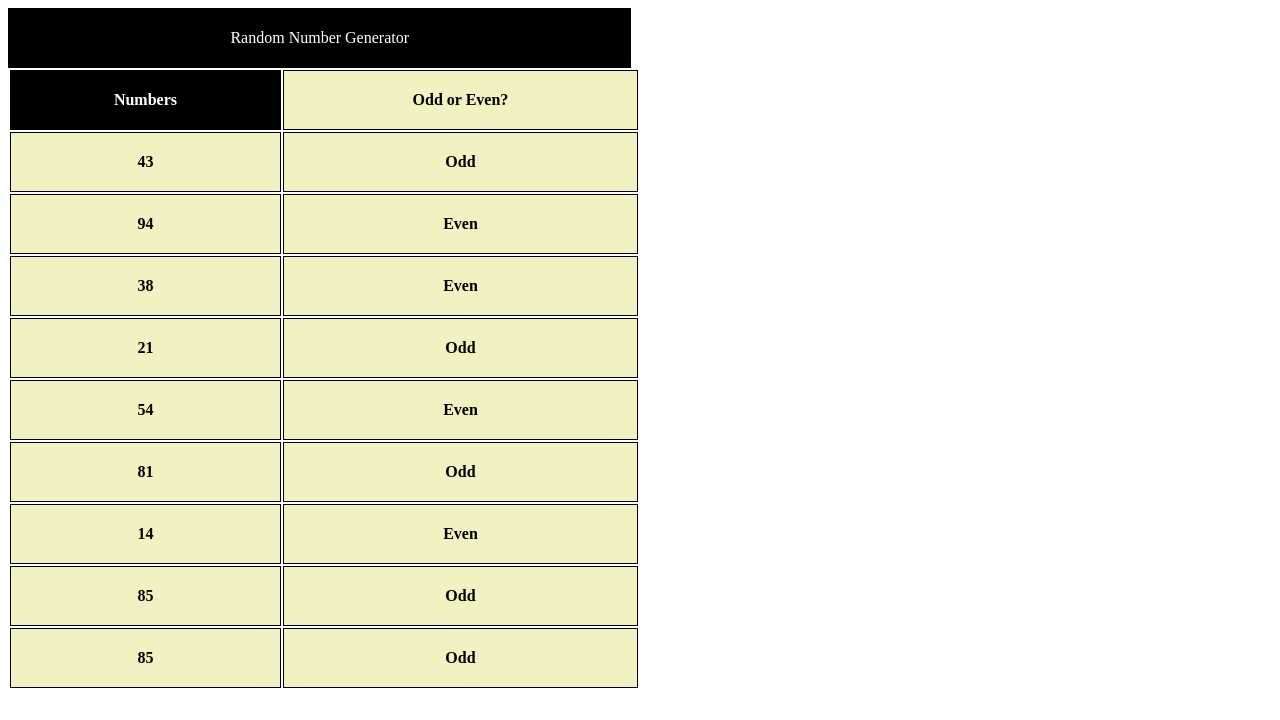
Repository: TheRealCisco/f2017CST336
Page: http://localhost/Challenge/rand.php
The author's editor kept a record of every edit. The page is drawn from the files as they stood at one moment, then again after the next edit.
The browser window is 1280 px wide. The pictures show the whole page.
The page is run by PHP 8.4 with error messages shown; the project is at /var/www/html/.

Above is the page before.

### Challenge/rand.php
<html>
    <head>
        <style>
            th{
                text-align: center;
                padding: 20px;
                border: 1px solid black;
                background-color: #f1f1c1;
            }
            header{
                text-align:center;
                padding:20px;
                border: 1px solid black;
                background-color: black;
                color:white;
            }
            #top{
                text-align:center;
                padding:20px;
                border: 1px solid black;
                background-color: black;
                color:white;
            }
        </style>
    </head>
    <header style="width:46%">
        Random Number Generator
    </header>
<body>
<table style="width:50%">
    <tr >
        <th id="top">
            Numbers
        </th>
        <th>
            Odd or Even?
        </th>

    </tr>
<tr>
    <th>
        <?php
        $digits_needed=9;
        $random_number='';
        $count=0;

        while ( $count < $digits_needed ) {
            $random_digit = mt_rand(0, 100);
            $random_number .= $random_digit;
            $count++;
        }
        echo $random_digit;

    ?>
<th>
    <?php
            if ($random_digit % 2 == 0) {
            print " Even";
        }
        else
            print " Odd"
        ?>
</th>
</th>
    </tr>
<tr>
    <th>
        <?php
        $digits_needed=9;
        $random_number='';
        $count=0;

        while ( $count < $digits_needed ) {
            $random_digit = mt_rand(0, 100);
            $random_number .= $random_digit;
            $count++;
        }
        echo $random_digit;

    ?>
<th>
    <?php
            if ($random_digit % 2 == 0) {
            print " Even";
        }
        else
            print " Odd"
        ?>
</th>
</th>
    </tr>
<tr>
    <th>
        <?php
        $digits_needed=9;
        $random_number='';
        $count=0;

        while ( $count < $digits_needed ) {
            $random_digit = mt_rand(0, 100);
            $random_number .= $random_digit;
            $count++;
        }
        echo $random_digit;

    ?>
<th>
    <?php
            if ($random_digit % 2 == 0) {
            print " Even";
        }
        else
            print " Odd"
        ?>
</th>
</th>
    </tr>
<tr>
    <th>
        <?php
        $digits_needed=9;
        $random_number='';
        $count=0;

        while ( $count < $digits_needed ) {
            $random_digit = mt_rand(0, 100);
            $random_number .= $random_digit;
            $count++;
        }
        echo $random_digit;

    ?>
<th>
    <?php
            if ($random_digit % 2 == 0) {
            print " Even";
        }
        else
            print " Odd"
        ?>
</th>
</th>
    </tr>
<tr>
    <th>
        <?php
        $digits_needed=9;
        $random_number='';
        $count=0;

        while ( $count < $digits_needed ) {
            $random_digit = mt_rand(0, 100);
            $random_number .= $random_digit;
            $count++;
        }
        echo $random_digit;

    ?>
<th>
    <?php
            if ($random_digit % 2 == 0) {
            print " Even";
        }
        else
            print " Odd"
        ?>
</th>
</th>
    </tr>
<tr>
    <th>
        <?php
        $digits_needed=9;
        $random_number='';
        $count=0;

        while ( $count < $digits_needed ) {
            $random_digit = mt_rand(0, 100);
            $random_number .= $random_digit;
            $count++;
        }
        echo $random_digit;

    ?>
<th>
    <?php
            if ($random_digit % 2 == 0) {
            print " Even";
        }
        else
            print " Odd"
        ?>
</th>
</th>
    </tr>
<tr>
    <th>
        <?php
        $digits_needed=9;
        $random_number='';
        $count=0;

        while ( $count < $digits_needed ) {
            $random_digit = mt_rand(0, 100);
            $random_number .= $random_digit;
            $count++;
        }
        echo $random_digit;

    ?>
<th>
    <?php
            if ($random_digit % 2 == 0) {
            print " Even";
        }
        else
            print " Odd"
        ?>
</th>
</th>
    </tr>
<tr>
    <th>
        <?php
        $digits_needed=9;
        $random_number='';
        $count=0;

        while ( $count < $digits_needed ) {
            $random_digit = mt_rand(0, 100);
            $random_number .= $random_digit;
            $count++;
        }
        echo $random_digit;

    ?>
<th>
    <?php
            if ($random_digit % 2 == 0) {
            print " Even";
        }
        else
            print " Odd"
        ?>
</th>
</th>
    </tr>
<tr>
    <th>
        <?php
        $digits_needed=9;
        $random_number='';
        $count=0;

        while ( $count < $digits_needed ) {
            $random_digit = mt_rand(0, 100);
            $random_number .= $random_digit;
            $count++;
        }
        echo $random_digit;

    ?>
<th>
    <?php
            if ($random_digit % 2 == 0) {
            print " Even";
        }
        else
            print " Odd"
        ?>
</th>
</th>
    </tr>

</table>
</body>


</html>

After the next edit:
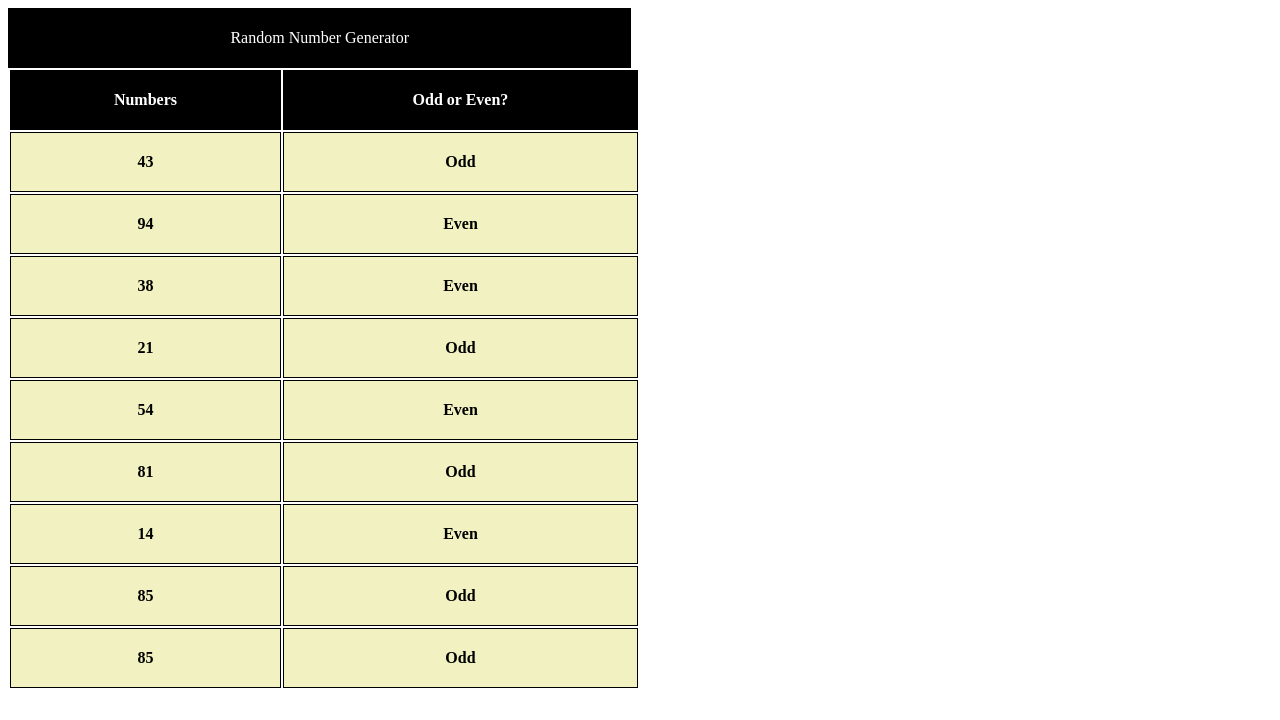
The edit:
--- a/Challenge/rand.php
+++ b/Challenge/rand.php
@@ -32,7 +32,7 @@
         <th id="top">
             Numbers
         </th>
-        <th>
+        <th id="top">
             Odd or Even?
         </th>
 
